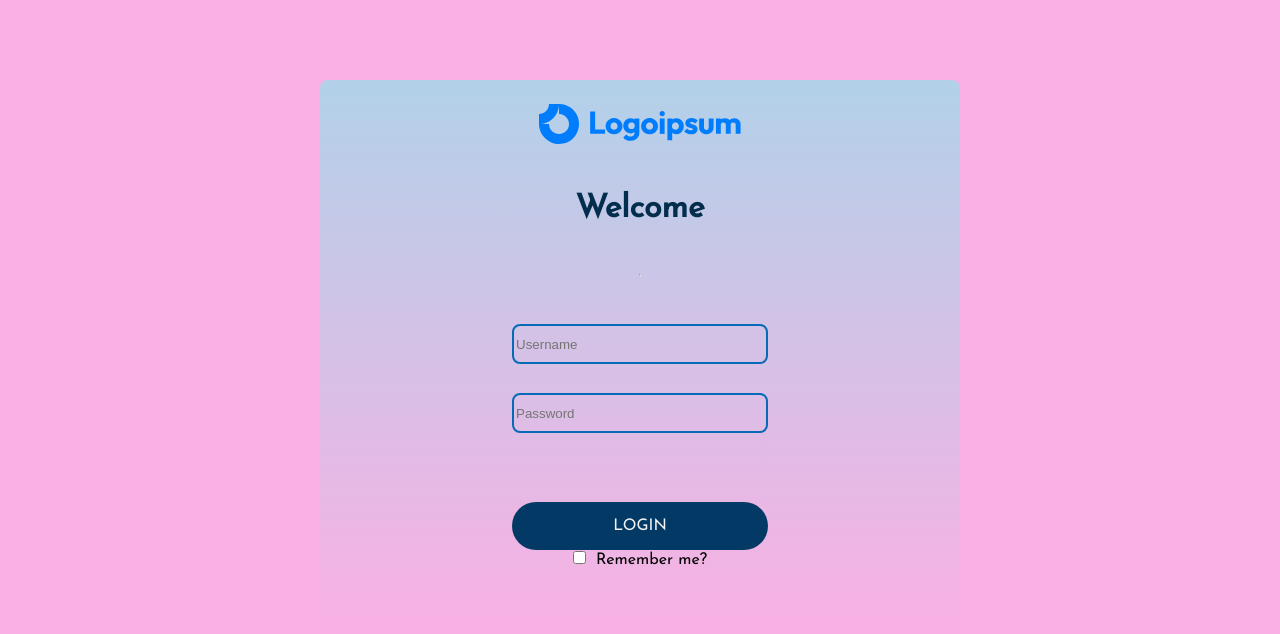
Repository: Tahaa2t/Researchers
Page: /
These files come from the project's save history. The page is drawn as it stood at one moment and after a run of saves; the edit follows.
The browser window is 1280 px wide. The pictures show the whole page.
The project was rebuilt for these pictures with package versions that can differ from the ones it lists, and the page was loaded fresh each time.

Above is the page before, as saved 2023-06-22 19:06:12.

### src/App.js
import "./App.css"
import LoginForm from "./Components/loginform"


function App() {
  return (
    <div className="App">
      <LoginForm />
    </div>
  );
}

export default App;

### src/Components/loginform.js
import React from "react"
import "./css/loginstyle.css"
import logo from "./logos/logoipsum.svg"

const LoginForm = () => {
  return(
    <div className="page">
      <div className="cover">
      <img src={logo} alt="Logo Ipsum"></img>
        <h1>Welcome</h1>
        <hr />
        <input type="text" placeholder="Username"></input>
        <input type="password" placeholder="Password"></input>
        <div className="login-btn">LOGIN</div>
        <div className="check-btn">
          <input type="checkbox"></input>
          <p>Remember me?</p>
        </div>
      </div>
    </div>
  )
}

export default LoginForm

### src/Components/css/loginstyle.css
@import url('https://fonts.googleapis.com/css?family=Josefin+Sans');


/* notes

---centering something---
display: flex;
  justify-content: center;
  align-items: center;



--- neechay ya uper se qareeb krna ho tou---
.check-btn {
  position: relative;
  bottom: 3em;
}
*/


* {
  margin: 0;
  box-sizing: border-box;
}

.page {
  background-color: rgb(250, 176, 227);
  height: 100vh;
  width: 100%;
  display: flex;
  justify-content: center;
  align-items: center;
  font-family: 'Josefin Sans', cursive;
}

.cover {
  background-image: linear-gradient(rgba(178, 209, 233, 1), rgba(178, 209, 233, 0));
  width: 40em;
  height: 35em;
  position: relative;
  border-radius: 0.5em;
  /* box-shadow: 0 0.188em 1.5em rgb(156, 156, 156); */
  display: flex;
  flex-direction: column;
  align-items: center;
justify-content: space-around;

}

h1 {
  color: rgb(3, 45, 77);
}
hr {
  color: rgb(3, 45, 77);
}

input[type=text]{
  background-color: rgba(0,0,0,0);
  border-color: rgb(6, 106, 183);
  border-radius: 8px 8px 8px 8px;
  border-width: 10%;
  border-style: solid;
  /* outline-color: rgb(6, 106, 183); */
  height: 3em;
  width: 40%;
  /* bottom: -1.5em; */
}


input[type=password]{
  background-color: rgba(0,0,0,0);
  border-color: rgb(6, 106, 183);
  border-radius: 8px 8px 8px 8px;
  border-width: 10%;
  border-style: solid;
  /* outline-color: rgb(6, 106, 183); */
  height: 3em;
  width: 40%;
  position: relative;
  top: -1.5em;
}

.login-btn {
  width: 40%;
  height: 3em;
  background-color: rgb(3, 58, 101);
  color: rgb(243, 243, 243);
  display: flex;
  justify-content: center;
  align-items: center;
  transition: 0.5s;
  border: rgb(3, 58, 101);
  border-radius: 50px 50px 50px 50px;
  cursor: pointer;
}
.login-btn:hover {
  transform: scale(1.15);
}

.check-btn {
  position: relative;
  bottom: 3em;
}

.check-btn input {
  display:inline-block;
  margin-right:10px;
}
.check-btn p {
  display:inline-block;
}

Loaded but not shown: public/index.html (common file); src/index.js (common file); src/index.css (common file); src/reportWebVitals.js (common file); src/App.css (common file)

After the next 2 saves:
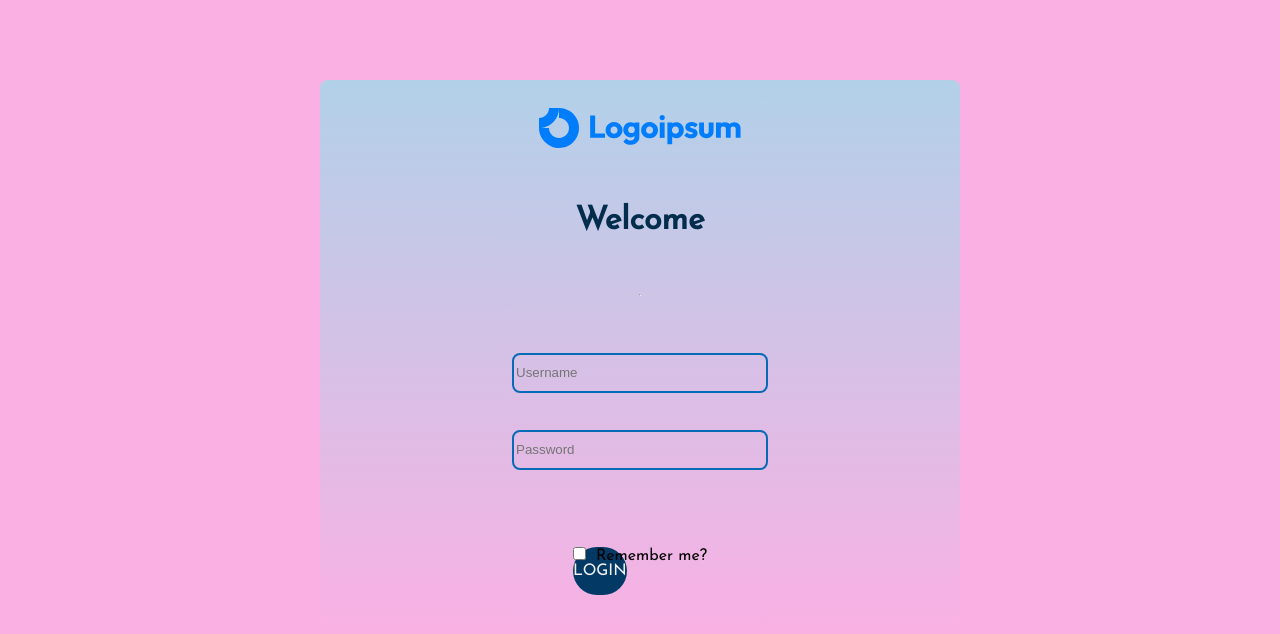
The 2 saves are shown as one change because they came seconds apart.
The last was saved 68 s later.
--- a/src/Components/loginform.js
+++ b/src/Components/loginform.js
@@ -11,10 +11,12 @@ const LoginForm = () => {
         <hr />
         <input type="text" placeholder="Username"></input>
         <input type="password" placeholder="Password"></input>
-        <div className="login-btn">LOGIN</div>
-        <div className="check-btn">
-          <input type="checkbox"></input>
-          <p>Remember me?</p>
+        <div>
+          <div className="login-btn">LOGIN</div>
+          <div className="check-btn">
+            <input type="checkbox"></input>
+            <p>Remember me?</p>
+        </div>
         </div>
       </div>
     </div>
